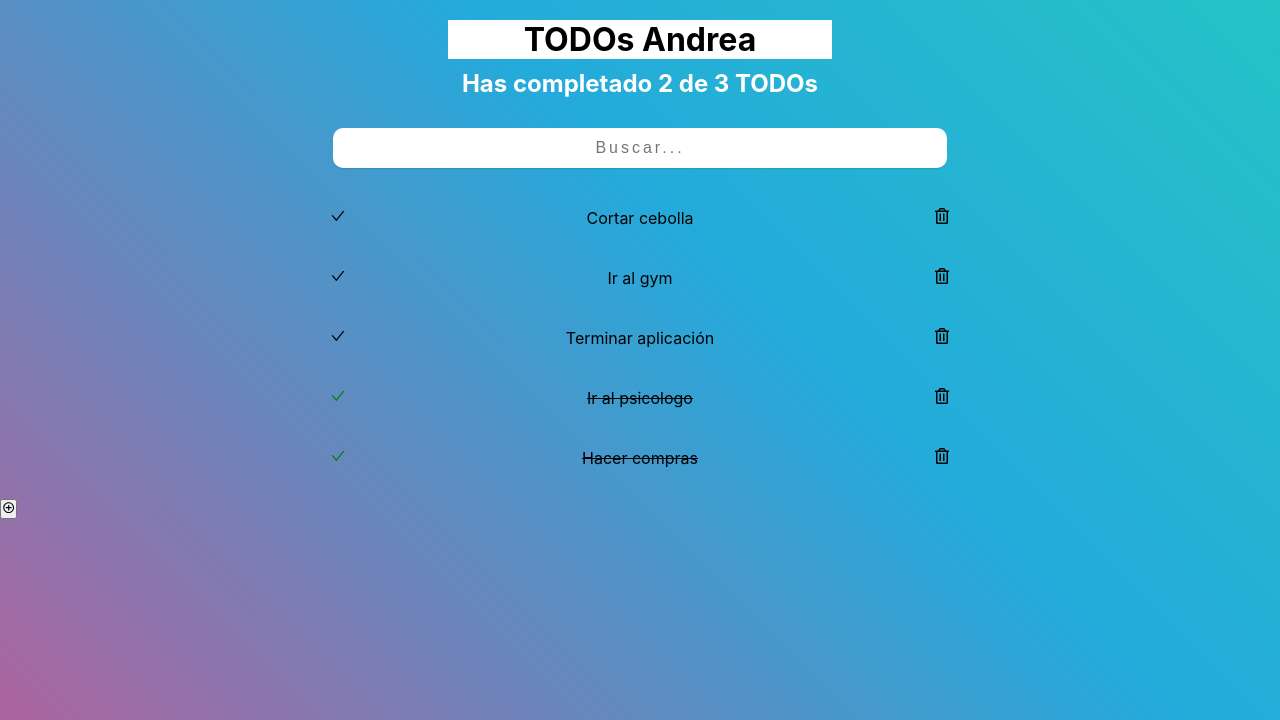
Repository: Pandrea-hub/TODOs
Page: /
An editor plug-in stored every save of this project. The page is shown before and after the next save, followed by the edit.
The browser window is 1280 px wide. The pictures show the whole page.
The project was rebuilt for these pictures with package versions that can differ from the ones it lists, and the page was loaded fresh each time. Also part of the build but not shown: src/TodoList.css.

Above is the page before, as saved 2022-06-07 10:04:57.

After the next save:
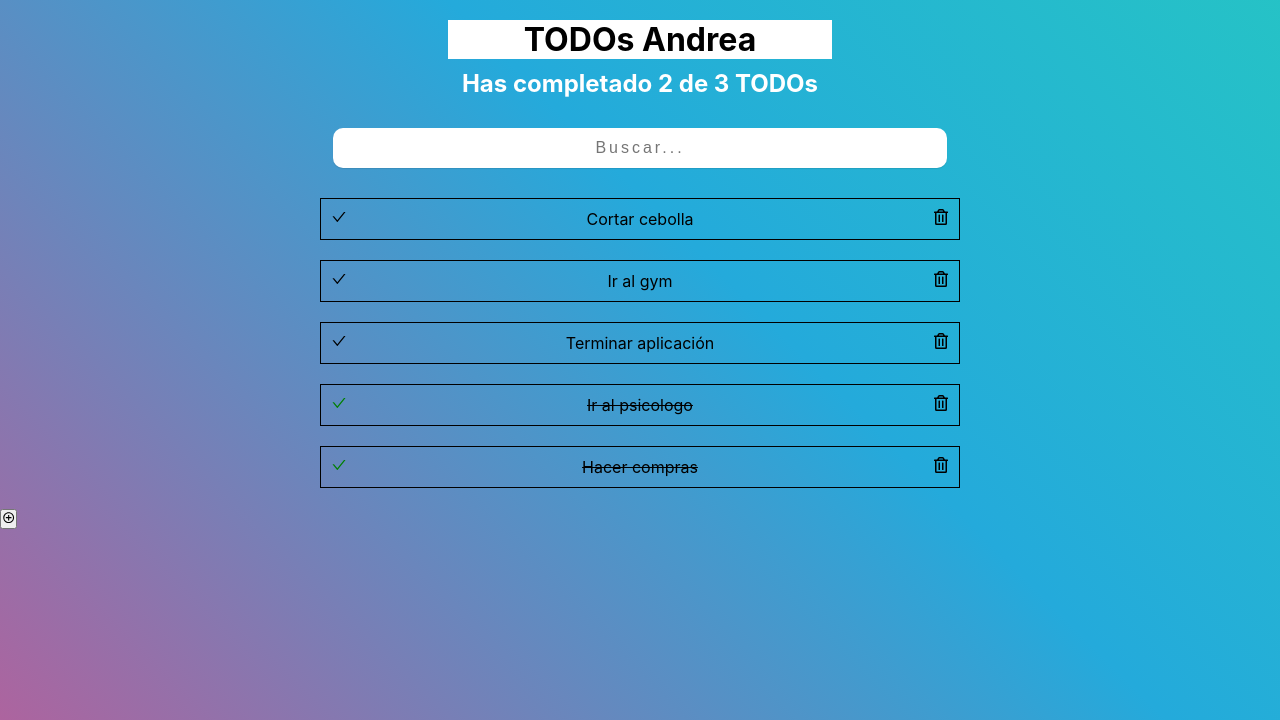
Saved 12 s later.
--- a/src/TodoItem.css
+++ b/src/TodoItem.css
@@ -3,7 +3,7 @@ li{
     padding: 10px;
     width: 50%;
     justify-content: space-between;
-
+    border: 1px solid black;
     margin: 20px auto;
 }
 
